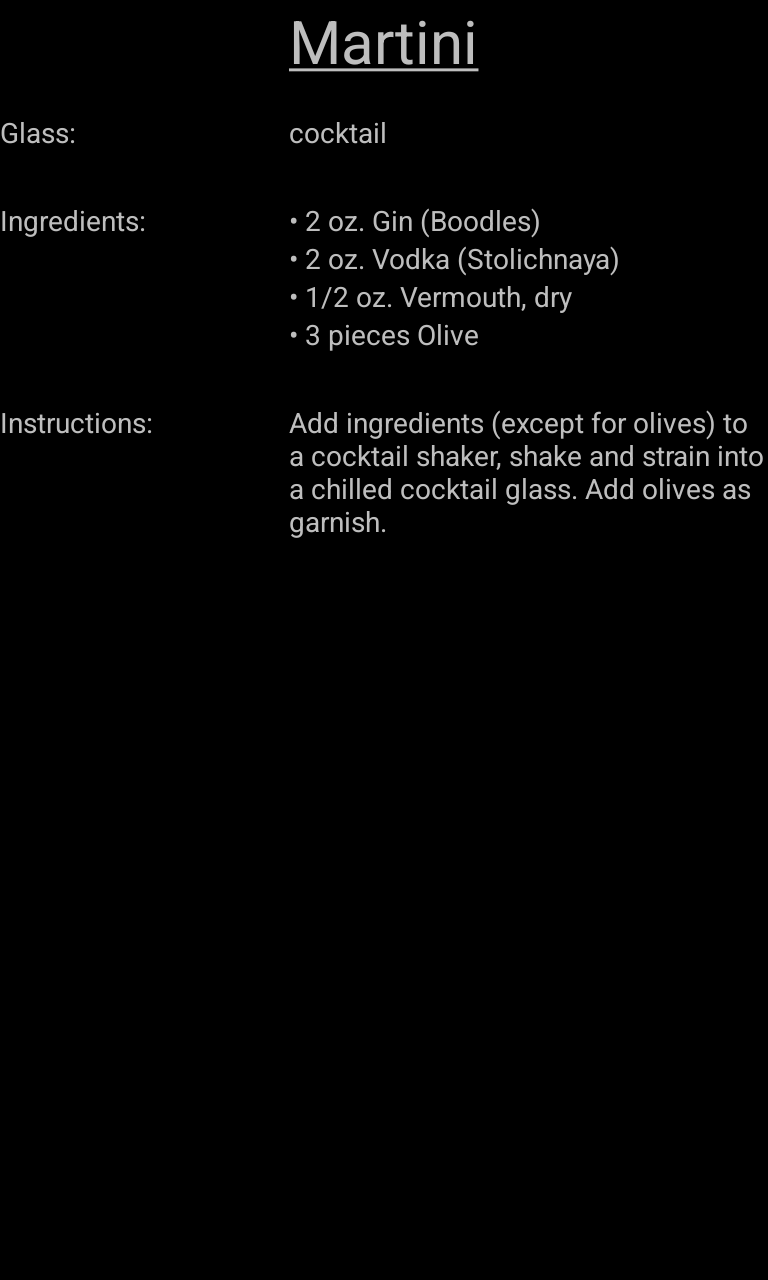
Repository: caltangelo/Drinkables
Layout: CocktailView/res/layout/main.xml
The author's editor kept a copy of each file at every save. The layout is drawn from the files as they stood at one save, then again after the next save.
It is drawn on a 768 x 1280 px phone screen (xhdpi) without system bars, with theme android:Theme; the app's code is not run.

Above is the layout before, as saved 2011-09-22 21:00:36.

### CocktailView/res/layout/main.xml
<?xml version="1.0" encoding="utf-8"?>
<RelativeLayout xmlns:android="http://schemas.android.com/apk/res/android"
	android:orientation="vertical" android:layout_width="fill_parent"
	android:layout_height="fill_parent">
	<TextView android:id="@+id/drinkname" android:layout_height="wrap_content"
		android:textSize="30sp" android:text="@string/drink_name"
		android:layout_width="wrap_content" android:layout_alignParentTop="true"
		android:layout_centerHorizontal="true" />

	<TextView android:layout_width="fill_parent" android:layout_height="2dp" android:background="#00000000"
		android:layout_below="@id/drinkname"/>

	<TextView android:id="@+id/glass_label" android:layout_width="wrap_content"
		android:layout_height="wrap_content" android:layout_below="@id/drinkname"
		android:layout_alignParentLeft="true" android:text="Glass:" android:layout_marginTop="16dp"/>
	<TextView android:id="@+id/glass_type"
		android:layout_toRightOf="@id/glass_label" android:text="@string/drink_glass"
		android:layout_height="wrap_content" android:layout_width="wrap_content"
		android:layout_alignTop="@id/glass_label" android:layout_alignLeft="@+id/drinkname" />

	<TextView android:layout_height="wrap_content" android:id="@+id/ingredient_label"
		android:text="Ingredients: " android:layout_width="wrap_content"
		android:layout_below="@+id/glass_label"
		android:layout_alignParentLeft="true" android:layout_marginTop="25dp" />
	<TableLayout android:layout_height="wrap_content"
		android:id="@+id/ingredient_table" android:layout_width="wrap_content"
		android:layout_alignTop="@+id/ingredient_label"
		android:layout_alignLeft="@+id/drinkname"
		android:layout_alignParentRight="true">
		<TableRow android:id="@+id/tableRow1" android:layout_width="wrap_content"
			android:layout_height="wrap_content">
			<TextView android:text="• 2 oz. Gin (Boodles)" android:id="@+id/textView1"
				android:layout_width="wrap_content" android:layout_height="wrap_content" />
		</TableRow>
		<TableRow android:id="@+id/tableRow2" android:layout_width="wrap_content"
			android:layout_height="wrap_content">
			<TextView android:text="• 2 oz. Vodka (Stolichnaya)"
				android:id="@+id/textView2" android:layout_width="wrap_content"
				android:layout_height="wrap_content"></TextView>
		</TableRow>
		<TableRow android:id="@+id/tableRow3" android:layout_width="wrap_content"
			android:layout_height="wrap_content">
			<TextView android:text="• 1/2 oz. Vermouth, dry" android:id="@+id/textView3"
				android:layout_width="wrap_content" android:layout_height="wrap_content"></TextView>
		</TableRow>
		<TableRow android:id="@+id/tableRow4" android:layout_width="wrap_content"
			android:layout_height="wrap_content">
			<TextView android:text="• 3 pieces Olive" android:id="@+id/textView4"
				android:layout_width="wrap_content" android:layout_height="wrap_content"></TextView>
		</TableRow>
	</TableLayout>

	<TextView android:id="@+id/instruction_label"
		android:layout_height="wrap_content" android:layout_width="wrap_content"
		android:layout_below="@id/ingredient_table"
		android:layout_alignParentLeft="true" android:text="Instructions: "
		android:layout_marginTop="25dp" />
	<TextView android:id="@+id/instructions"
		android:layout_height="wrap_content" android:layout_width="wrap_content"
		android:layout_alignTop="@id/instruction_label"
		android:layout_alignLeft="@id/drinkname"
		android:layout_alignParentRight="true" android:text="@string/drink_instructions" />

</RelativeLayout>

### CocktailView/res/values/strings.xml
<?xml version="1.0" encoding="utf-8"?>
<resources>
    <string name="hello">Hello World, CocktailViewActivity!</string>
    <string name="app_name">CocktailView</string>
    <string name="drink_name"><u>Martini</u></string>
    <string name="drink_glass">cocktail</string>
    <string-array name="drink_ingredients">
        <item>2 oz. Gin (Boodles)</item>
        <item>2 oz. Vodka (Stolichnaya)</item>
        <item>1/2 oz. Vermouth, dry</item>
        <item>3 pieces Olive</item>
    </string-array>
    <string name="drink_instructions">Add ingredients (except for olives) to a cocktail shaker, shake and strain into a chilled cocktail glass.  Add olives as garnish.</string>
</resources>

After the next save:
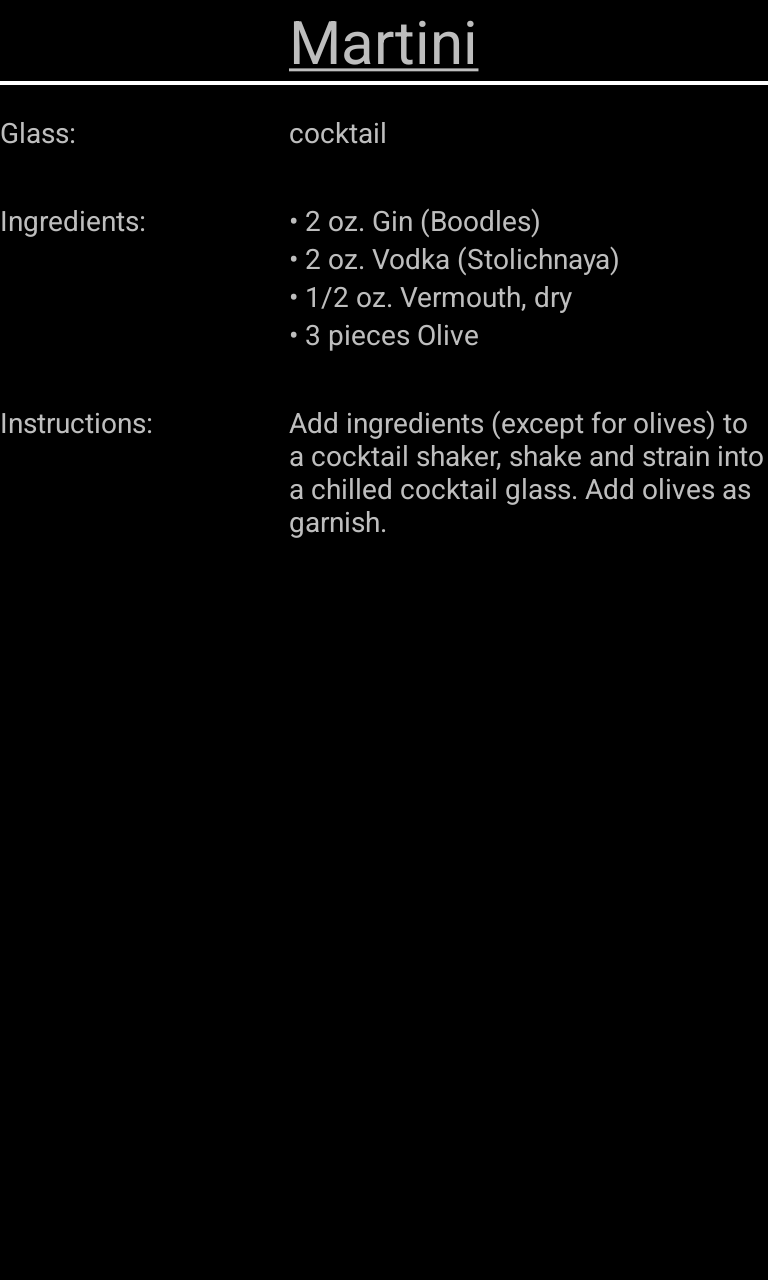
Saved 18 s later.
--- a/CocktailView/res/layout/main.xml
+++ b/CocktailView/res/layout/main.xml
@@ -7,7 +7,7 @@
 		android:layout_width="wrap_content" android:layout_alignParentTop="true"
 		android:layout_centerHorizontal="true" />
 
-	<TextView android:layout_width="fill_parent" android:layout_height="2dp" android:background="#00000000"
+	<TextView android:layout_width="fill_parent" android:layout_height="2dp" android:background="#FFFFFFFF"
 		android:layout_below="@id/drinkname"/>
 
 	<TextView android:id="@+id/glass_label" android:layout_width="wrap_content"
